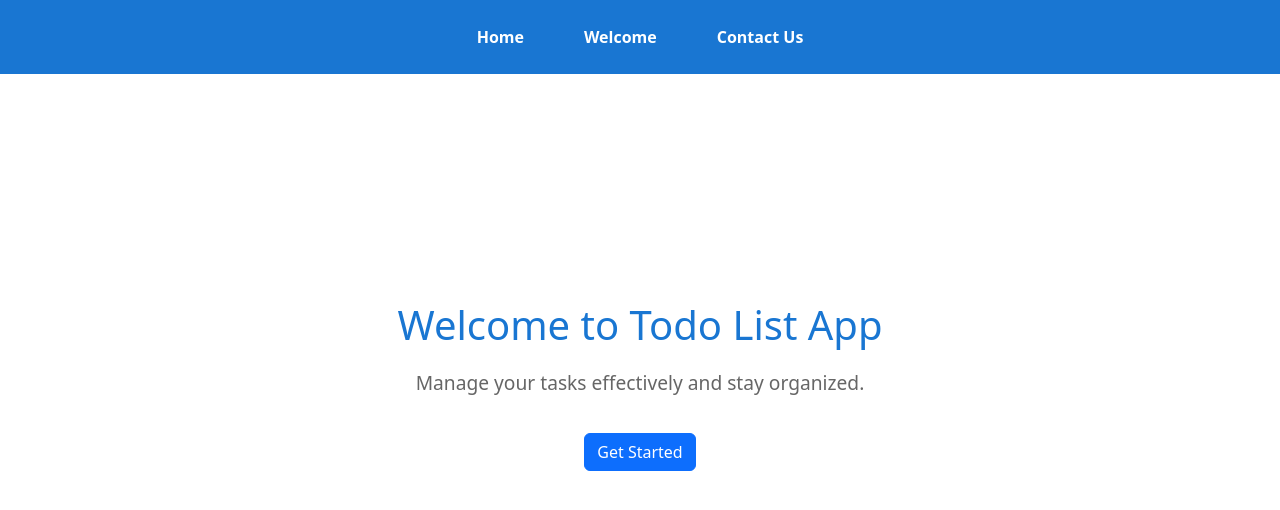
Repository: HPNChanel/Todo-List-Web-App
Page: /welcome (app in frontend/todolist/)
An editor plug-in stored every save of this project. The page is shown before and after the next save, followed by the edit.
The browser window is 1280 px wide. The pictures show the whole page.
The page's requests for data from a server got no answer. The project was rebuilt for these pictures with package versions that can differ from the ones it lists, and the page was loaded fresh each time. No one was signed in, and anything a server would have sent is missing. Also part of the build but not shown: frontend/todolist/src/styles/TaskItem.css, frontend/todolist/src/hooks/useTasks.js, frontend/todolist/src/components/TaskItem.js, frontend/todolist/src/styles/TaskForm.css, frontend/todolist/src/components/TaskForm.js, frontend/todolist/src/styles/TaskList.css, frontend/todolist/src/components/TaskList.js, frontend/todolist/src/styles/NotFound.css and 1 more. Imported but missing from the stored project, and not drawn on this page: frontend/todolist/src/components/ContactUs.

Above is the page before, as saved 2024-11-05 14:26:56.

After the next save:
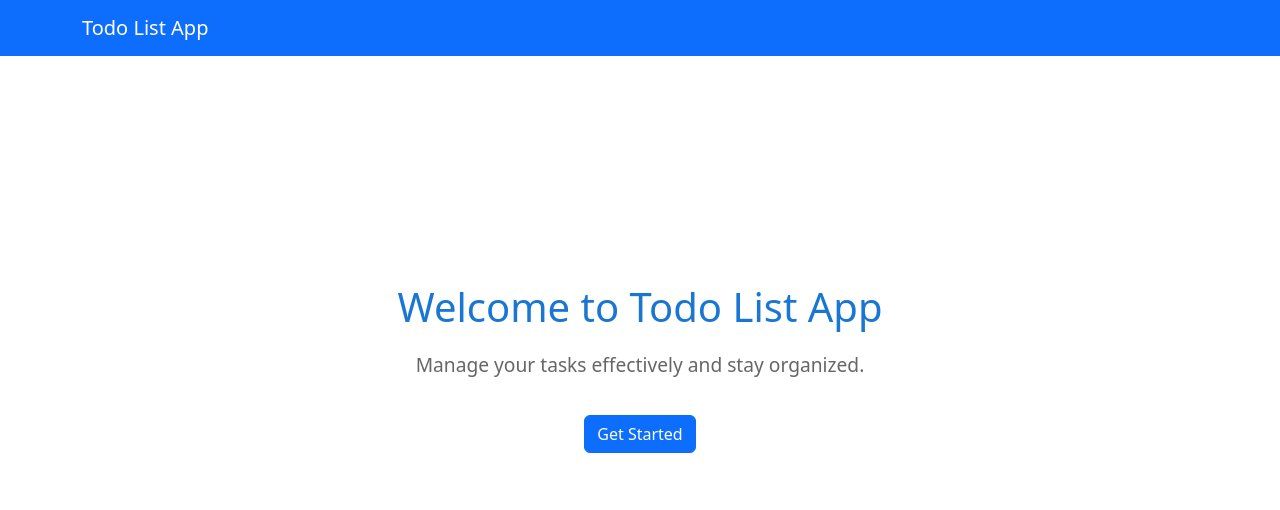
Saved 51 s later.
--- a/frontend/todolist/src/components/NavBar.js
+++ b/frontend/todolist/src/components/NavBar.js
@@ -1,13 +1,29 @@
 // src/components/NavBar.js
 import React from 'react';
 import { Link } from 'react-router-dom';
-import '../styles/NavBar.css';
+import 'bootstrap/dist/css/bootstrap.min.css';
 
 const NavBar = () => (
-    <nav className="nav-bar">
-        <Link to="/">Home</Link>
-        <Link to="/welcome">Welcome</Link>
-        <Link to="/contact">Contact Us</Link>
+    <nav className="navbar navbar-expand-lg navbar-dark bg-primary">
+        <div className="container">
+            <Link className="navbar-brand" to="/">Todo List App</Link>
+            <button className="navbar-toggler" type="button" data-toggle="collapse" data-target="#navbarNav" aria-controls="navbarNav" aria-expanded="false" aria-label="Toggle navigation">
+                <span className="navbar-toggler-icon"></span>
+            </button>
+            <div className="collapse navbar-collapse" id="navbarNav">
+                <ul className="navbar-nav ml-auto">
+                    <li className="nav-item">
+                        <Link className="nav-link" to="/">Home</Link>
+                    </li>
+                    <li className="nav-item">
+                        <Link className="nav-link" to="/welcome">Welcome</Link>
+                    </li>
+                    <li className="nav-item">
+                        <Link className="nav-link" to="/contact">Contact Us</Link>
+                    </li>
+                </ul>
+            </div>
+        </div>
     </nav>
 );
 
